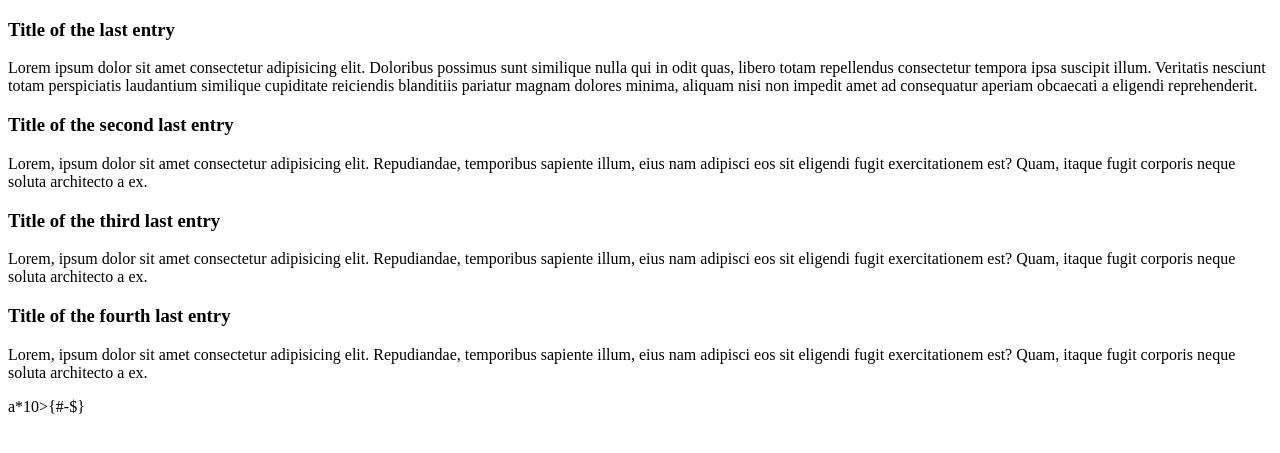
Repository: KikiMcArron/Don_Kiki_McArron
Page: index.html
An editor plug-in stored every save of this project. The page is shown before and after the next save, followed by the edit.
The browser window is 1280 px wide. The pictures show the whole page.

Above is the page before, as saved 2022-04-10 19:10:10.

After the next save:
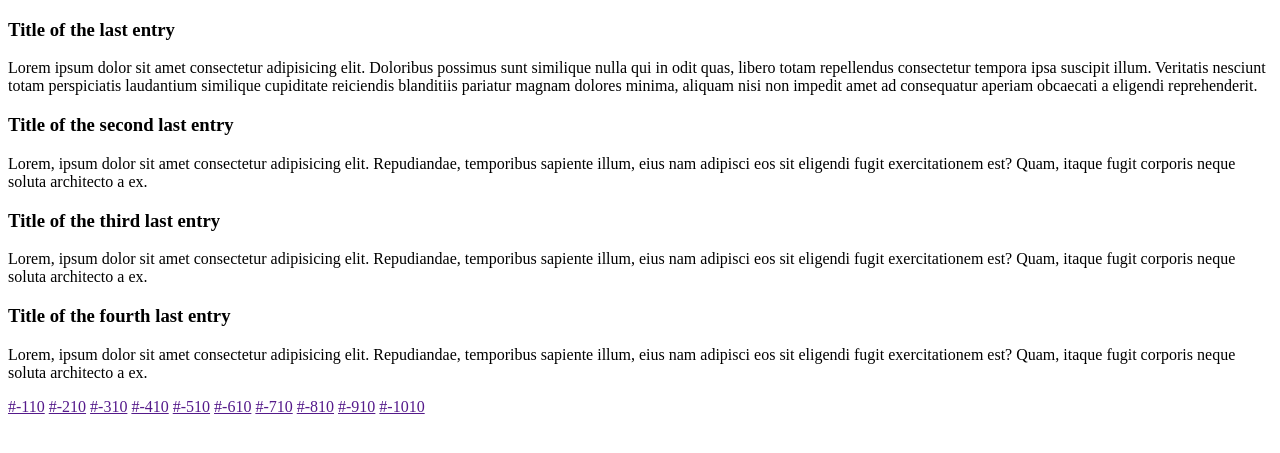
Saved 8 s later.
--- a/index.html
+++ b/index.html
@@ -43,7 +43,16 @@
             </article>
         </section>
         <section class="hitory_entries">
-            a*10>{#-$}
+            <a href="">#-110</a>
+            <a href="">#-210</a>
+            <a href="">#-310</a>
+            <a href="">#-410</a>
+            <a href="">#-510</a>
+            <a href="">#-610</a>
+            <a href="">#-710</a>
+            <a href="">#-810</a>
+            <a href="">#-910</a>
+            <a href="">#-1010</a>
         </section>
     </main>
     <aside class="notes"></aside>
